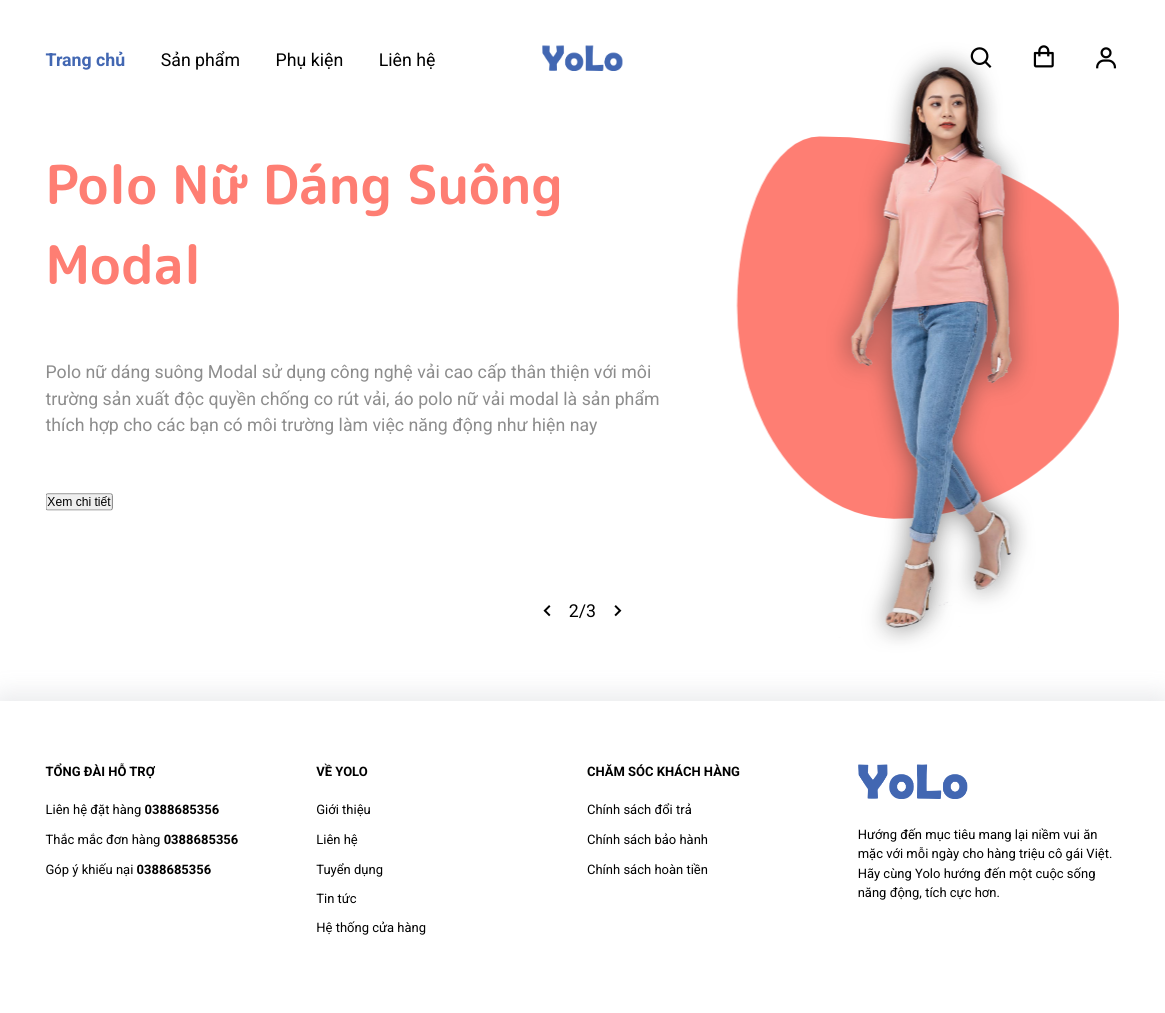
Repository: NguyenThanhBinh1210/Binh-React
Page: / (app in yoloshop/)
These files come from the project's save history. The page is drawn as it stood at one moment and after the next save; the edit follows.
The browser window is 1280 px wide. The pictures show the whole page, at 91% of full size.
The project was rebuilt for these pictures with package versions that can differ from the ones it lists, and the page was loaded fresh each time. A package was used in the major version that the imports need, not the one package.json lists. Also part of the build but not shown: yoloshop/src/pages/Product.jsx, yoloshop/src/pages/Catalog.jsx, yoloshop/src/pages/Cart.jsx, yoloshop/src/pages/Accessory.jsx, yoloshop/src/pages/Contact.jsx.

Above is the page before, as saved 2021-11-25 16:20:55.

### yoloshop/src/index.js
import React from 'react'
import ReactDOM from 'react-dom'
import Layout from './components/Layout'
import reportWebVitals from './reportWebVitals'
import './assets/boxicons-2.0.7/css/boxicons.min.css'
import './sass/index.scss'

ReactDOM.render(
	<React.StrictMode>
		<Layout />
	</React.StrictMode>,
	document.getElementById('root')
)

// If you want to start measuring performance in your app, pass a function
// to log results (for example: reportWebVitals(console.log))
// or send to an analytics endpoint. Learn more: https://bit.ly/CRA-vitals
reportWebVitals()

### yoloshop/src/components/Layout.jsx
import React from 'react'
import { BrowserRouter, Route } from 'react-router-dom'
import Header from './Header'
import Footer from './Footer'
import Routess from '../routes/Routess'

export default function Layout() {
	return (
		<BrowserRouter>
			<Route
				render={props => (
					<div>
						<Header {...props} />
						<div className="container">
							<div className="main">
								<Routess />
							</div>
						</div>
						<Footer />
					</div>
				)}
			/>
		</BrowserRouter>
	)
}

### yoloshop/src/sass/index.scss
@import './variables';
@import './mixins';
@import './base.scss';

@import './components/header';
@import './components/footer';
@import './components/hero-slider.scss';

### yoloshop/src/components/Header.jsx
import React, { useEffect, useRef } from 'react'
import logo from '../assets/images/Logo-2.png'
import { Link, useLocation } from 'react-router-dom'

const mainNav = [
	{
		display: 'Trang chủ',
		path: '/'
	},
	{
		display: 'Sản phẩm',
		path: '/catalog'
	},
	{
		display: 'Phụ kiện',
		path: '/accessories'
	},
	{
		display: 'Liên hệ',
		path: '/contact'
	}
]
export default function Header() {
	const { pathname } = useLocation()
	const activeNav = mainNav.findIndex(e => e.path === pathname)
	const headerRef = React.useRef(null)

	useEffect(() => {
		window.addEventListener('scroll', () => {
			if (
				document.body.scrollTop > 80 ||
				document.documentElement.scrollTop > 80
			) {
				headerRef.current.classList.add('shrink')
			} else {
				headerRef.current.classList.remove('shrink')
			}
		})
		return () => {
			window.removeEventListener('scroll')
		}
	}, [])

	const menuLeft = useRef(null)

	const menuToggle = () => menuLeft.current.classList.toggle('active')

	return (
		<div className="header" ref={headerRef}>
			<div className="container">
				<div className="header__logo">
					<Link to="/">
						<img src={logo} alt="logo" />
					</Link>
				</div>
				<div className="header__menu">
					<div className="header__menu__mobile-toggle" onClick={menuToggle}>
						<i class="bx bx-menu-alt-left"></i>
					</div>
					<div className="header__menu__left" ref={menuLeft}>
						<div className="header__menu__left__close" onClick={menuToggle}>
							<i class="bx bx-chevron-left"></i>
						</div>
						{mainNav.map((item, index) => (
							<div
								key={index}
								className={`header__menu__item  header__menu__left__item ${
									index === activeNav ? 'active' : ''
								}`}
								onClick={menuToggle}
							>
								<Link to={item.path}>
									<span>{item.display}</span>
								</Link>
							</div>
						))}
					</div>
					<div className="header__menu__right">
						<div className="header__menu__item header__menu__right__item">
							<i class="bx bx-search"></i>
						</div>
						<div className="header__menu__item header__menu__right__item">
							<Link to="/cart">
								<i class="bx bx-shopping-bag"></i>
							</Link>
						</div>
						<div className="header__menu__item header__menu__right__item">
							<i class="bx bx-user"></i>
						</div>
					</div>
				</div>
			</div>
		</div>
	)
}

### yoloshop/src/components/Footer.jsx
import React from 'react'
import { Link } from 'react-router-dom'
import Grid from './Grid'
import logo from '../assets/images/Logo-2.png'

const footerAboutLinks = [
	{
		display: 'Giới thiệu',
		path: '/about'
	},
	{
		display: 'Liên hệ',
		path: '/contact'
	},
	{
		display: 'Tuyển dụng',
		path: '/about'
	},
	{
		display: 'Tin tức',
		path: '/about'
	},
	{
		display: 'Hệ thống cửa hàng',
		path: '/about'
	}
]

const footerCustomLinks = [
	{
		display: 'Chính sách đổi trả',
		path: '/about'
	},

	{
		display: 'Chính sách bảo hành',
		path: '/about'
	},

	{
		display: 'Chính sách hoàn tiền',
		path: '/about'
	}
]

export default function Footer() {
	return (
		<footer className="footer">
			<div className="container">
				<Grid col={4} mdCol={2} smCol={1} gap={10}>
					<div>
						<div className="footer__title">Tổng đài hỗ trợ</div>
						<div className="footer__content">
							<p>
								Liên hệ đặt hàng <strong> 0388685356</strong>
							</p>
							<p>
								Thắc mắc đơn hàng <strong> 0388685356</strong>
							</p>
							<p>
								Góp ý khiếu nại <strong> 0388685356</strong>
							</p>
						</div>
					</div>
					<div>
						<div className="footer__title">Về Yolo</div>
						<div className="footer__content">
							{footerAboutLinks.map((item, i) => (
								<p key={i} className="">
									<Link to={item.path}>{item.display}</Link>
								</p>
							))}
						</div>
					</div>
					<div>
						<div className="footer__title">Chăm sóc khách hàng</div>
						<div className="footer__content">
							{footerCustomLinks.map((item, i) => (
								<p key={i} className="">
									<Link to={item.path}>{item.display}</Link>
								</p>
							))}
						</div>
					</div>
					<div className="footer__about">
						<p>
							<Link to="/">
								<img src={logo} className="footer__logo" alt="logo" />
							</Link>
						</p>
						<p>
							Hướng đến mục tiêu mang lại niềm vui ăn mặc với mỗi ngày cho hàng
							triệu cô gái Việt. Hãy cùng Yolo hướng đến một cuộc sống năng
							động, tích cực hơn.
						</p>
					</div>
				</Grid>
			</div>
		</footer>
	)
}

### yoloshop/src/routes/Routess.jsx
import React from 'react'
import { Switch, Route } from 'react-router-dom'
import Home from '../pages/Home'
import Product from '../pages/Product'
import Catalog from '../pages/Catalog'
import Cart from '../pages/Cart'
import Accessory from '../pages/Accessory'
import Contact from '../pages/Contact'

const Routess = () => {
	return (
		<Switch>
			<Route path="/" exact component={Home}></Route>
			<Route path="/catalog/:slug" component={Product}></Route>
			<Route path="/catalog" component={Catalog}></Route>
			<Route path="/cart" component={Cart}></Route>
			<Route path="/accessories" component={Accessory}></Route>
			<Route path="/contact" component={Contact}></Route>
		</Switch>
	)
}

export default Routess

### yoloshop/src/sass/_variables.scss
$main-bg: #fff;
$main-color: #4267b2;

$txt-main-color: #000000;
$txt-second-color: #8d8d8d;
$txt-white: #fff;

$btn-main-bg: $main-color;
$btn-main-color: #fff;

$header-height: 130px;
$header-tablet-height: 70px;
$header-mobile-height: 40px;
$header-shrink-height: 70px;

$box-shadow: rgba(149, 157, 165, 0.2) 0px 0px 24px 8px;

$colors: (
	'blue': #4267b2,
	'orange': #fbb96b,
	'pink': #fe7e73,
	'white': #fff,
	'black': #000,
	'main': $main-color
);

$mobile-width: 600px;
$tablet-width: 1024px;

$numbers: (0, 1, 2, 3, 4, 5, 6, 7, 8);

### yoloshop/src/sass/_mixins.scss
@mixin flex($align-item, $justify-content) {
	display: flex;
	align-items: $align-item;
	justify-content: $justify-content;
}

@mixin mobile {
	@media only screen and (max-width: $mobile-width) {
		@content;
	}
}
@mixin tablet {
	@media only screen and (max-width: $tablet-width) {
		@content;
	}
}

### yoloshop/src/sass/_base.scss
@import url('https://fonts.googleapis.com/css2?family=Roboto:ital,wght@0,100;0,300;0,400;0,500;0,700;0,900;1,100;1,300;1,400;1,500;1,700;1,900&display=swap');

@import url('https://fonts.googleapis.com/css2?family=M+PLUS+Rounded+1c:wght@100;300;400;500;700;800;900&display=swap');

* {
	padding: 0;
	margin: 0;
	box-sizing: border-box;
	-webkit-tap-highlight-color: transparent;
	user-select: none;
}

html {
	font-size: 13px;
}

body {
	font-family: 'Roboto', sans-serif;
}

ul {
	list-style-type: none;
}

a {
	text-decoration: none;
	color: unset;
}

@each $color, $val in $colors {
	.color-#{$color} {
		color: $val;
	}

	.bg-#{$color} {
		background-color: $val;
	}
}

@each $val in $numbers {
	.grid-col-#{$val} {
		grid-template-columns: repeat($val, 1fr);
	}
}

@each $val in $numbers {
	.grid-col-md-#{$val} {
		@include tablet {
			grid-template-columns: repeat($val, 1fr);
		}
	}
}

@each $val in $numbers {
	.grid-col-sm-#{$val} {
		@include mobile {
			grid-template-columns: repeat($val, 1fr);
		}
	}
}

.container {
	width: 100%;
	max-width: 1620px;
	padding: 0 50px;
	margin: auto;

	@include tablet {
		padding: 0 20px;
	}

	@include mobile {
		padding: 0 10px;
	}
}

.main {
	margin-top: $header-height;
	margin-bottom: 2rem;
	min-height: 100vh;

	@include tablet {
		margin-top: calc(#{$header-tablet-height} + 20px);
	}
	@include mobile {
		margin-top: calc(#{$header-mobile-height} + 10px);
	}
}

.grid {
	display: grid;
}

### yoloshop/src/sass/components/_header.scss
.header {
	background-color: $main-bg;
	position: fixed;
	top: 0;
	left: 0;
	width: 100%;
	z-index: 99;
	height: $header-height;
	transition: height 0.3s ease;

	@include tablet {
		height: $header-tablet-height;
		box-shadow: $box-shadow;
	}
	@include mobile {
		height: $header-mobile-height;
	}

	.container {
		height: 100%;
	}

	&.shrink {
		height: $header-shrink-height;
		box-shadow: $box-shadow;
		z-index: 10001;
	}

	&__logo {
		@include flex(center, center);
		position: absolute;
		inset: 0;
		pointer-events: none;

		img {
			height: 28px;
		}
	}

	&__menu {
		@include flex(center, space-between);
		height: 100%;
		font-size: 1.5rem;

		&__item ~ &__item {
			margin-left: 39px;
			@include tablet {
				margin-left: 20px;
			}
			@include mobile {
				margin-left: 10px;
			}
		}
		&__item.active {
			font-weight: 600;
			color: $main-color;
		}
		&__item:hover {
			color: $main-color;
		}
		&__left,
		&__right {
			@include flex(center, center);
			height: 100%;
		}

		&__right {
			font-size: 2.25rem;
			&__item {
				@include flex(center, center);
			}
			@include mobile {
				font-size: 1.5rem;
			}
		}

		&__left {
			&__close {
				display: none;
			}

			@include tablet {
				flex-direction: column;
				background-color: $main-bg;
				position: absolute;
				left: 0;
				top: 0;
				width: 100%;
				height: 100vh;
				justify-content: flex-start;
				padding-top: 30px;
				transform: translateX(-100%);
				transition: transform 0.5s ease;

				&.active {
					transform: translateX(0);
				}

				&__item ~ &__item {
					margin-left: unset;
					margin-top: 20px;
				}
				&__close {
					display: block;
					position: absolute;
					left: 20px;
					font-size: 2.5rem;
				}
			}
		}
		&__mobile-toggle {
			display: none;

			@include tablet {
				display: block;
				font-size: 2.5rem;
			}
		}
	}
}

### yoloshop/src/sass/components/_footer.scss
.footer {
	padding: 70px 0;
	box-shadow: $box-shadow;
	font-size: 1.1rem;
	a:hover {
		color: $main-color;
	}
	&__logo {
		height: 38px;
	}
	&__about {
		p {
			margin-bottom: 2rem;
		}
		p:not(:first-child) {
			line-height: 1.5;
		}
	}
	&__title {
		text-transform: uppercase;
		margin-bottom: 2rem;
		font-weight: 600;
	}
	&__content {
		p {
			margin-bottom: 1.25rem;
		}
	}
}

### yoloshop/src/sass/components/_hero-slider.scss
.hero-slider {
	height: 100vh;
	max-height: 1080px;
	overflow: hidden;
	position: relative;
	margin-bottom: 50px;
	margin-top: calc(#{$header-height} * -1);
	@include tablet {
		margin-top: calc(#{$header-tablet-height} * -1);
	}
	@include mobile {
		margin-top: calc(#{$header-mobile-height} * -1);
	}
	&__item {
		@include flex(center, space-between);
		opacity: 0;
		visibility: hidden;
		pointer-events: none;
		position: absolute;
		inset: 0;
		&.active {
			opacity: 1;
			visibility: visible;
			pointer-events: visible;
		}
		&__info {
			width: 58.33%;
			&__title,
			&__description {
				margin-bottom: 60px;

				@include tablet {
					margin-bottom: 15px;
				}
			}
			&__title {
				font-family: 'M Plus Rounded 1c', sans-serif;
				font-weight: 600;
				font-size: 4.5rem;
				line-height: 6.75rem;
				overflow: hidden;
			}
			&__description {
				color: $txt-second-color;
				font-size: 1.5rem;
				line-height: 2.25rem;
				overflow: hidden;
			}
			&__btn {
				overflow: hidden;
			}

			&__title > span,
			&__description > span,
			&__btn > button {
				display: block;
				transform: translateY(-100%);
				transition: transform 0.6s ease;
			}
		}
		&.active &__info {
			&__title > span,
			&__description > span,
			&__btn > button {
				transform: translateY(0);
			}
		}
		&__image {
			flex-grow: 1;
			position: relative;
			height: 100%;
			z-index: 1000;
			pointer-events: none;
			img {
				height: 100vh;
				position: absolute;
				bottom: 0;
				left: 10%;
			}
			.shape {
				$size: 420px;
				height: $size;
				width: $size;
				position: absolute;
				right: 0;
				top: 50%;
				border-radius: 32% 68% 59% 41% / 53% 59% 41% 47%;
				transform: translate(0, -50%);
				transition: border-radius 13s ease;
				animation: border 10s infinite forwards;
			}
		}
	}
	&__control {
		@include flex(center, center);
		position: absolute;
		bottom: 5%;
		left: 50%;
		transform: translateX(-50%);

		&__item ~ &__item {
			margin-left: 10px;
		}
		&__item {
			@include flex(center, center);
			font-size: 2rem;
			cursor: pointer;

			&:hover {
				color: $main-color;
			}
			.index {
				font-size: 1.5rem;
			}
		}
	}
}

@keyframes border {
	0% {
		border-radius: 32% 68% 59% 41% / 53% 59% 41% 47%;
	}
	50% {
		border-radius: 20% 80% 59% 41% / 43% 45% 55% 57%;
	}
	100% {
		border-radius: 32% 68% 59% 41% / 53% 59% 41% 47%;
	}
}

### yoloshop/src/components/Grid.jsx
import React from 'react'
import PropTypes from 'prop-types'

const Grid = props => {
	const style = {
		gap: props.gap ? `${props.gap}px` : '0'
	}
	const col = props.col ? `grid-col-${props.col}` : '0'
	const mdCol = props.mdCol ? `grid-col-${props.mdCol}` : '0'
	const smCol = props.smCol ? `grid-col-${props.smCol}` : '0'
	return (
		<div className={`grid ${col} ${mdCol} ${smCol}`} style={style}>
			{props.children}
		</div>
	)
}

Grid.propTypes = {
	col: PropTypes.number.isRequired,
	mdCol: PropTypes.number,
	smCol: PropTypes.number,
	gap: PropTypes.number
}

export default Grid

### yoloshop/src/pages/Home.jsx
import React from 'react'
import heroSliderData from '../assets/fake-data/hero-slider'
import Helmet from '../components/Helmet'
import HeroSlider from '../components/HeroSlider'

const Home = () => {
	return (
		<Helmet title="Trang chủ">
			<HeroSlider
				data={heroSliderData}
				control={true}
				auto={true}
				timeOut={5000}
			/>
		</Helmet>
	)
}

export default Home

### yoloshop/src/components/Helmet.jsx
import React from 'react'
import PropTypes from 'prop-types'

const Helmet = props => {
	document.title = 'Yolo - ' + props.title

	return <div>{props.children}</div>
}

Helmet.propTypes = {
	title: PropTypes.string.isRequired
}

export default Helmet

### yoloshop/src/components/HeroSlider.jsx
import React, { useCallback, useEffect, useState } from 'react'
import PropTypes from 'prop-types'
import { Link } from 'react-router-dom'

const HeroSlider = props => {
	const data = props.data
	// const activeSlider = 0
	const [activeSlider, setActiveSlider] = useState(0)

	const nextSlide = useCallback(() => {
		const _index = activeSlider + 1 === data.length - 1 ? 0 : activeSlider + 1
		setActiveSlider(_index)
	}, [activeSlider, data])

	const prevSlide = () => {
		const _index = activeSlider - 1 < 0 ? data.length - 1 : activeSlider - 1
		setActiveSlider(_index)
	}
	const timeOut = props.timeOut ? props.timeOut : 3000

	useEffect(() => {
		if (props.auto) {
			const sliderAuto = setInterval(() => {
				nextSlide()
			}, timeOut)
			return () => {
				clearInterval(sliderAuto)
			}
		}
	}, [nextSlide, timeOut, props])
	return (
		<div className="hero-slider">
			{data.map((item, index) => (
				<HeroSliderItem
					key={index}
					item={item}
					active={index === activeSlider}
				/>
			))}
			{props.control ? (
				<div className="hero-slider__control">
					<div className="hero-slider__control__item" onClick={prevSlide}>
						<i className="bx bx-chevron-left"></i>
					</div>
					<div className="hero-slider__control__item">
						<div className="index">
							{activeSlider + 1}/{data.length}
						</div>
					</div>

					<div className="hero-slider__control__item" onClick={nextSlide}>
						<i className="bx bx-chevron-right"></i>
					</div>
				</div>
			) : null}
		</div>
	)
}

HeroSlider.propTypes = {
	data: PropTypes.array.isRequired,
	control: PropTypes.bool,
	auto: PropTypes.bool,
	timeOut: PropTypes.number
}

const HeroSliderItem = props => (
	<div className={`hero-slider__item ${props.active ? 'active' : ''}`}>
		<div className="hero-slider__item__info">
			<div
				className={`hero-slider__item__info__title color-${props.item.color}`}
			>
				<span> {props.item.title}</span>
			</div>
			<div className="hero-slider__item__info__description">
				<span> {props.item.description}</span>
			</div>
			<div className="hero-slider__item__info__btn">
				<Link to={props.item.path}>
					<button>Xem chi tiết</button>
				</Link>
			</div>
		</div>
		<div className="hero-slider__item__image">
			<div className={`shape bg-${props.item.color}`}></div>
			<img src={props.item.img} alt={props.item.title} />
		</div>
	</div>
)

export default HeroSlider

Loaded but not shown: yoloshop/public/index.html (common file); yoloshop/src/reportWebVitals.js (common file); yoloshop/src/assets/boxicons-2.0.7/css/boxicons.min.css (library); yoloshop/src/assets/fake-data/hero-slider.js (32 lines, source omitted)

After the next save:
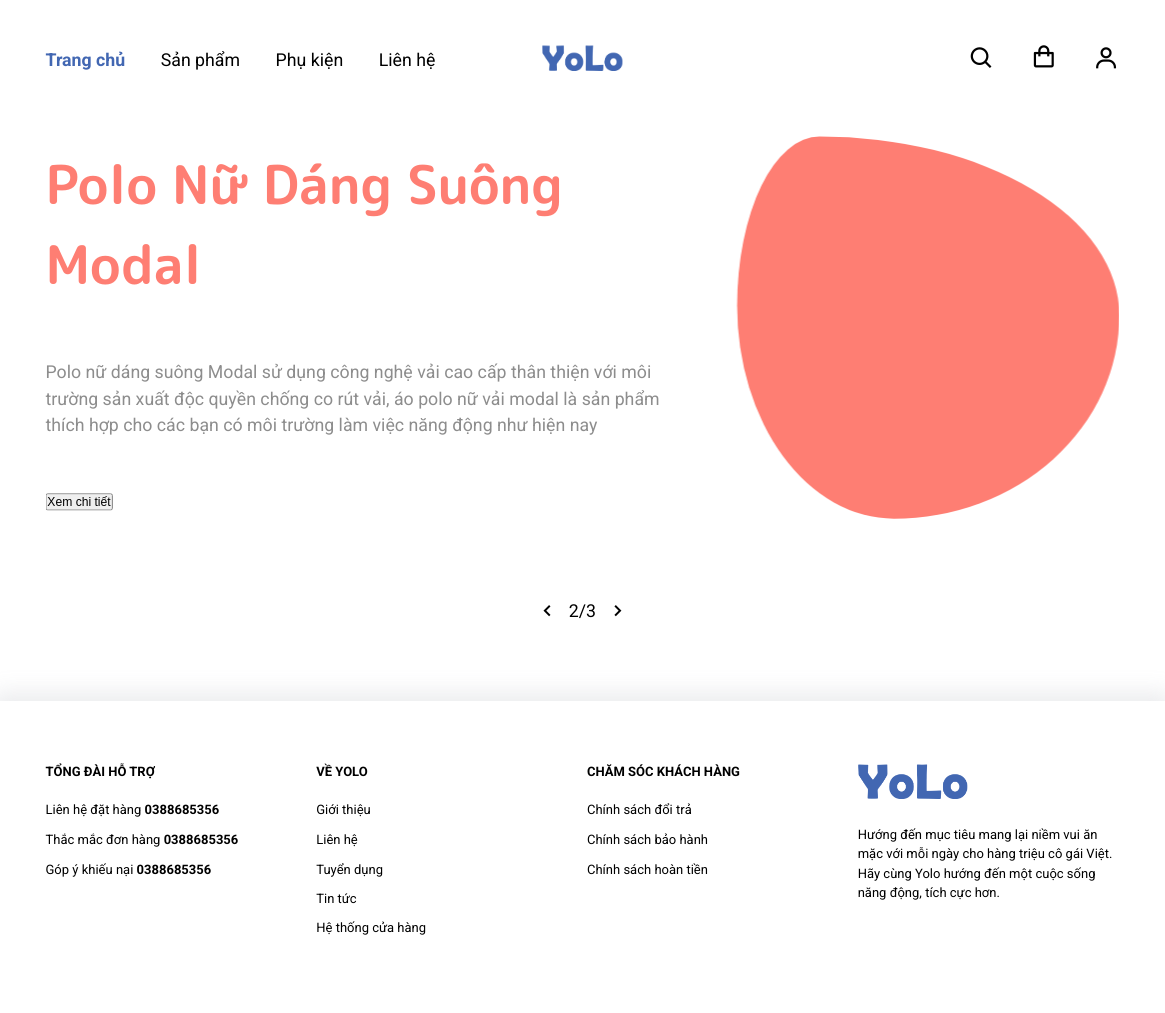
Saved 6 min 33 s later.
--- a/yoloshop/src/sass/components/_hero-slider.scss
+++ b/yoloshop/src/sass/components/_hero-slider.scss
@@ -76,6 +76,7 @@
 				position: absolute;
 				bottom: 0;
 				left: 10%;
+				transform: scale(0) rotate(65deg);
 			}
 			.shape {
 				$size: 420px;

After the 3 saves that followed:
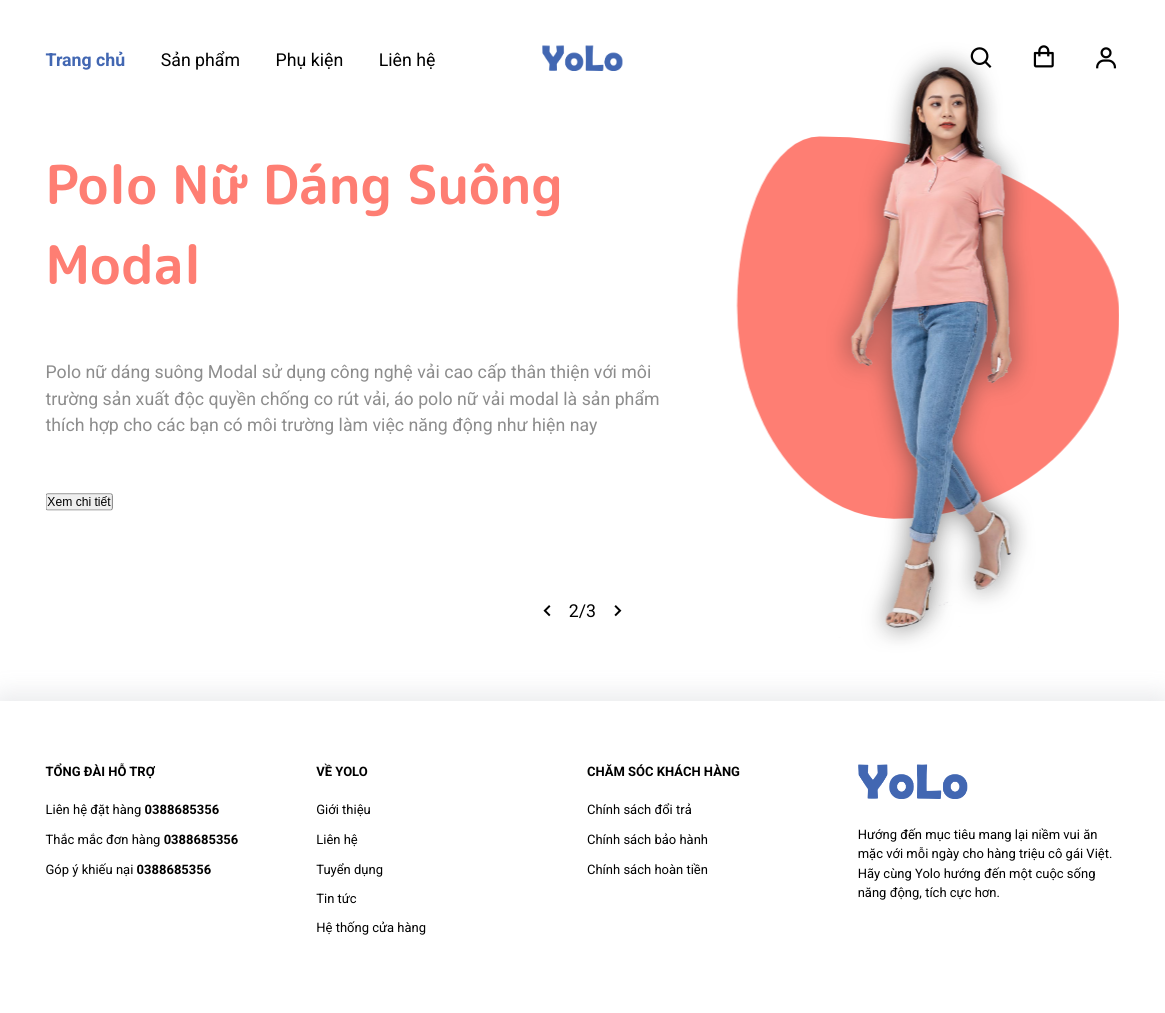
The 3 saves are shown as one change because 2 left the picture as it was.
The last was saved 2 min 6 s later.
--- a/yoloshop/src/sass/components/_hero-slider.scss
+++ b/yoloshop/src/sass/components/_hero-slider.scss
@@ -77,6 +77,7 @@
 				bottom: 0;
 				left: 10%;
 				transform: scale(0) rotate(65deg);
+				transition: transform 0.6s cubic-bezier(0.175, 0.885, 0.32, 1.275);
 			}
 			.shape {
 				$size: 420px;
@@ -90,6 +91,9 @@
 				transition: border-radius 13s ease;
 				animation: border 10s infinite forwards;
 			}
+		}
+		&.active &__image > img {
+			transform: scale(1) rotate(0);
 		}
 	}
 	&__control {
